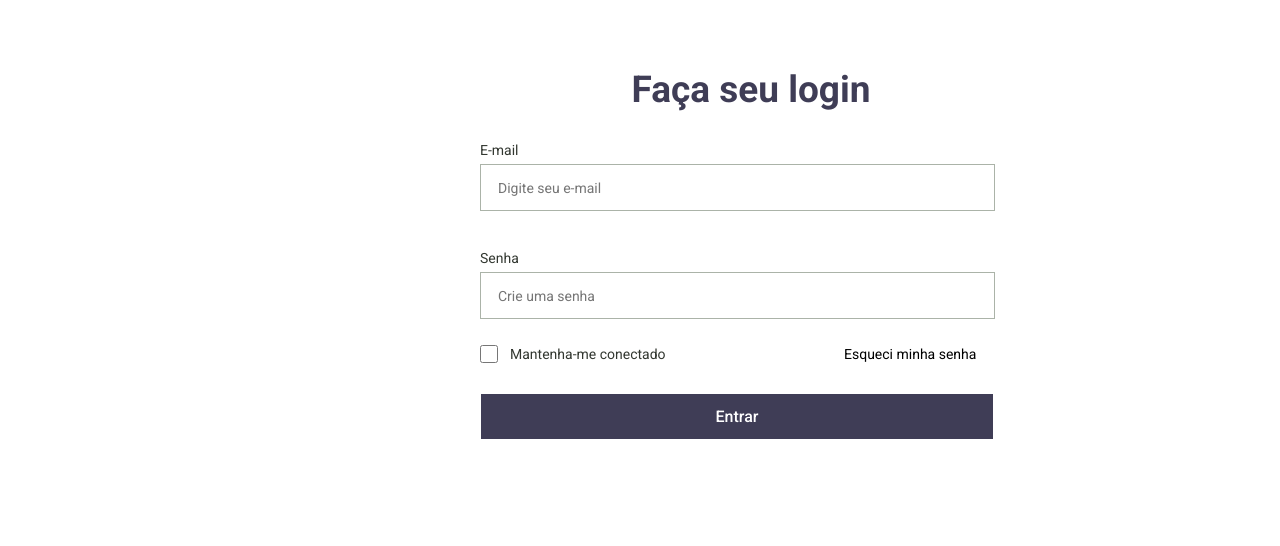
Repository: RenatoCCS/formularios
Page: login.html
An editor plug-in stored every save of this project. The page is shown before and after the next save, followed by the edit.
The browser window is 1280 px wide. The pictures show the whole page.

Above is the page before, as saved 2023-03-27 15:15:20.

### login.html
<!DOCTYPE html>
<html lang="pt-br">
  <head>
    <meta charset="UTF-8" />
    <meta http-equiv="X-UA-Compatible" content="IE=edge" />
    <meta name="viewport" content="width=device-width, initial-scale=1.0" />
    <link rel="stylesheet" href="style.css" />
    <title>Faça seu login</title>
  </head>
  <body class="container">
    <form action="" class="form__Login">
      <div></div>
      <h1 class="form__Login__Titulo">Faça seu login</h1>
    </div>

    <div class="email__Login">
      <label class="email__Login__Titulo" for="email">E-mail</label>
      <br />
      <input
      class="email__Login__Campo"
        id="email"
        type="email"
        name="email"
        placeholder="Digite seu e-mail"
      />
    </div>
      <br /><br />

      <div class="senha__Login">
      <label class="senha__Login__Titulo"  for="password">Senha</label>
      <br />
      <input
      class="senha__Login__Campo"
        id="password"
        type="password"
        name="senha"
        placeholder="Crie uma senha"/>
    </div>
      <br /><br />

      <div class="conectado__Login">
      <input class="conectado__Login__Botao" type="checkbox" name="manter__conectado" id="conected" />
      <label class="conectado__Login__Texto" for="conected">Mantenha-me conectado</label>


      <label class="conectado__Login__Senha" for="conected">Esqueci minha senha</label><br /><br />
    </div>

    <div class="botao__Login">
      <button class="botao__Entrar__Login" type="submit">Entrar</button>
    </div>
      <br /><br />

      <div class="semConta__Login">
      <p class="semConta__Login____Frase">Ainda não tem uma conta? Cadastre-se</p>
    </div>

    </form>
  </body>
</html>

### style.css
@import url('https://fonts.googleapis.com/css2?family= Roboto :wght@400;500;700 & display=swap');

* {
  margin: 0;
  padding: 0;
}

:root {
  --primeira-cor: #3f3d56;
  --segunda-cor: #323730;
  --terceira-cor: #abb3a8;
  --quarta-cor: #ffffff;
  --quinta-cor: #3f3f40;
  --sexta-cor: #da2a41;

  --fonte-primaria: 'Roboto', sans-serif;
}

.container {
  display: flex;
  justify-content: center;
}

.form__Cadastro__Titulo {
  position: absolute;
  width: 302px;
  height: 43px;
  left: 569px;
  top: 68px;
  color: var(--primeira-cor);
  font-family: var(--fonte-primaria);
  font-style: normal;
  font-weight: 700;
  font-size: 17px; /*o indicado é 37px, mas se manter quebra a linha*/
  line-height: 43px;
  text-align: center;
}

.nome__Cadastro {
  position: absolute;
  width: 396px;
  height: 69px;
  top: 139px;
  left: 522px;
}

.nome__Cadastro__Nomecompleto {
  position: absolute;
  width: 100px;
  height: 24px;
  top: -6px;
  left: 0px;
  color: var(--segunda-cor);
  font-family: var(--fonte-primaria);
  font-style: normal;
  font-weight: 400;
  font-size: 14px;
  line-height: 24px;
}

.nome__Cadastro__Campo {
  position: absolute;
  width: 163px;
  height: 24px;
  top: 34px;
  left: 14px;
  color: var(--terceira-cor);
  font-family: var(--fonte-primaria);
  font-style: normal;
  font-weight: 400;
  font-size: 14px;
  line-height: 24px;
  padding: 12px 219px 11px 14px;
}

.nome__Cadastro__Campo {
  box-sizing: border-box;
  border: 1px solid;
  position: absolute;
  width: 396px;
  height: 47px;
  top: 22px;
  left: 0%;
  right: 0%;
  top: 31.88%;
  bottom: 0%;
  color: var(--terceira-cor);
  background-color: var(--quarta-cor);
}

.data__Cadastro {
  position: absolute;
  width: 170px;
  height: 74px;
  left: 522px;
  top: 232px;
}

.data__Cadastro__Nascimento {
  position: absolute;
  width: 127px;
  height: 18px;
  top: -2px;
  left: 0px;
  color: var(--quinta-cor);
  font-family: var(--fonte-primaria);
  font-style: normal;
  font-weight: 400;
  font-size: 14px;
  line-height: 24px;
  display: flex;
  align-items: center;
}

.data__Cadastro__Calendario {
  position: absolute;
  width: 83px;
  height: 24px;
  top: 12px;
  left: 14px;
  color: var(--terceira-cor);
  font-family: var(--fonte-primaria);
  font-style: normal;
  font-weight: 400;
  font-size: 14px;
  line-height: 24px;
  display: flex;
  align-items: center;
  padding: 12px 0px 11px 14px;
}

.data__Cadastro__Calendario {
  box-sizing: border-box;
  border: 1px solid;
  position: absolute;
  width: 170px;
  height: 47px;
  top: 22px;
  left: 0%;
  right: 0%;
  top: 31.88%;
  bottom: 0%;
  color: var(--terceira-cor);
  background-color: var(--quarta-cor);
}

.pais__Cadastro {
  position: absolute;
  width: 208px;
  height: 69px;
  top: 230px;
  left: 710px;
}

.pais__Cadastro__Pais {
  position: absolute;
  width: 34px;
  height: 15px;
  top: -2px;
  left: 0px;
  color: var(--segunda-cor);
  font-family: var(--fonte-primaria);
  font-style: normal;
  font-weight: 400;
  font-size: 14px;
  line-height: 24px;
}

.pais__Cadastro__Vermelho {
  position: absolute;
  width: 34px;
  height: 15px;
  top: -2px;
  left: 30px;
  color: var(--sexta-cor);
  font-family: var(--fonte-primaria);
  font-style: normal;
  font-weight: 400;
  font-size: 14px;
  line-height: 24px;
}

.pais__Cadastro__Campo {
  position: absolute;
  width: 66px;
  height: 24px;
  top: 34px;
  left: 14px;
  color: var(--terceira-cor);
  font-family: var(--fonte-primaria);
  font-style: normal;
  font-weight: 400;
  font-size: 14px;
  line-height: 24px;
  padding: 12px 11px 14px;
}

.pais__Cadastro__Campo {
  box-sizing: border-box;
  border: 1px solid;
  position: absolute;
  width: 208px;
  height: 47px;
  top: 24px;
  left: 0%;
  right: 0%;
  top: 31, 88%;
  bottom: 0%;
  color: var(--terceira-cor);
  background-color: var(--quarta-cor);
}

.pais__Cadastro__Campo option {
  position: absolute;
  color: var(--segunda-cor);
  font-family: var(--fonte-primaria);
  font-style: normal;
  font-weight: 400;
  font-size: 14px;
  line-height: 16px;
}

.pais__Cadastro__Seta {
  position: absolute;
  width: 12px;
  height: 6px;
  top: 45px;
  left: 193px;
}

.genero__Cadastro {
  position: absolute;
  width: 386px;
  height: 50px;
  top: 328px;
  left: 522px;
}

.genero__Cadastro__Titulo {
  position: absolute;
  width: 49px;
  height: 24px;
  top: -2px;
  left: 0px;
  color: var(--segunda-cor);
  font-family: var(--fonte-primaria);
  font-style: normal;
  font-weight: 400;
  font-size: 14px;
  line-height: 24px;
}

.genero__Cadastro__Botao1 {
  position: absolute;
  box-sizing: border-box;
  width: 18px;
  height: 18px;
  top: 32px;
  left: 0px;
}

.genero__Cadastro__Feminino {
  position: absolute;
  width: 58px;
  height: 16px;
  top: 32px;
  left: 24px;
  color: var(--segunda-cor);
  font-family: var(--fonte-primaria);
  font-style: normal;
  font-weight: 400;
  font-size: 14px;
  line-height: 16px;
}

.genero__Cadastro__Botao2 {
  position: absolute;
  box-sizing: border-box;
  width: 18px;
  height: 18px;
  top: 32px;
  left: 137px;
}

.genero__Cadastro__Masculino {
  position: absolute;
  width: 65px;
  height: 16px;
  top: 32px;
  left: 161px;
  color: var(--segunda-cor);
  font-family: var(--fonte-primaria);
  font-style: normal;
  font-weight: 400;
  font-size: 14px;
  line-height: 16px;
}

.genero__Cadastro__Botao3 {
  position: absolute;
  box-sizing: border-box;
  width: 18px;
  height: 18px;
  top: 32px;
  left: 282px;
}

.genero__Cadastro__Naodeclarar {
  position: absolute;
  width: 81px;
  height: 16px;
  top: 32px;
  left: 306px;
  color: var(--segunda-cor);
  font-family: var(--fonte-primaria);
  font-style: normal;
  font-weight: 400;
  font-size: 14px;
  line-height: 16px;
}

.email__Cadastro {
  position: absolute;
  width: 396px;
  height: 69px;
  top: 406px;
  left: 522px;
}

.email__Cadastro__Titulo {
  position: absolute;
  width: 40px;
  height: 24px;
  top: -4px;
  left: 0px;
  color: var(--segunda-cor);
  font-family: var(--fonte-primaria);
  font-style: normal;
  font-weight: 400;
  font-size: 14px;
  line-height: 24px;
}

.email__Cadastro__Campo {
  position: absolute;
  width: 104px;
  height: 24px;
  top: 34px;
  left: 14px;
  color: var(--terceira-cor);
  font-family: var(--fonte-primaria);
  font-style: normal;
  font-weight: 400;
  font-size: 14px;
  line-height: 24px;
  padding: 12px 270px 11px 14px;
}

.email__Cadastro__Campo {
  box-sizing: border-box;
  border: 1px solid;
  position: absolute;
  width: 396px;
  height: 47px;
  top: 22px;
  left: 0%;
  right: 0%;
  top: 31.88%;
  bottom: 0%;
  color: var(--terceira-cor);
  background-color: var(--quarta-cor);
}

.senha__Cadastro {
  position: absolute;
  width: 396px;
  height: 75px;
  top: 497px;
  left: 522px;
}

.senha__Cadastro__Titulo {
  position: absolute;
  width: 39px;
  height: 24px;
  top: -4px;
  left: 0px;
  color: var(--segunda-cor);
  font-family: var(--fonte-primaria);
  font-style: normal;
  font-weight: 400;
  font-size: 14px;
  line-height: 24px;
}

.senha__Cadastro__Campo {
  position: absolute;
  width: 97px;
  height: 24px;
  top: 34px;
  left: 14px;
  color: var(--terceira-cor);
  font-family: var(--fonte-primaria);
  font-style: normal;
  font-weight: 400;
  font-size: 14px;
  line-height: 24px;
  padding: 12px 278px 11px 14px;
}

.senha__Cadastro__Campo {
  box-sizing: border-box;
  border: 1px solid;
  position: absolute;
  width: 396px;
  height: 47px;
  top: 22px;
  left: 0%;
  right: 0%;
  top: 31.88%;
  bottom: 0%;
  color: var(--terceira-cor);
  background-color: var(--quarta-cor);
}

.confirma__Cadastro {
  position: absolute;
  width: 396px;
  height: 75px;
  top: 594px;
  left: 522px;
}

.confirma__Cadastro__Titulo {
  position: absolute;
  width: 126px;
  height: 24px;
  top: -4px;
  left: 0px;
  color: var(--segunda-cor);
  font-family: var(--fonte-primaria);
  font-style: normal;
  font-weight: 400;
  font-size: 14px;
  line-height: 24px;
}

.confirma__Cadastro__Campo {
  position: absolute;
  width: 104px;
  height: 24px;
  top: 34px;
  left: 14px;
  color: var(--terceira-cor);
  font-family: var(--fonte-primaria);
  font-style: normal;
  font-weight: 400;
  font-size: 14px;
  line-height: 24px;
  padding: 12px 276px 11px 14px;
}

.confirma__Cadastro__Campo {
  box-sizing: border-box;
  border: 1px solid;
  position: absolute;
  width: 396px;
  height: 47px;
  top: 22px;
  left: 0%;
  right: 0%;
  top: 31.88%;
  bottom: 0%;
  color: var(--terceira-cor);
  background-color: var(--quarta-cor);
}

.termo__Cadastro {
  position: absolute;
  width: 396px;
  height: 34px;
  top: 697px;
  left: 522px;
}

.termo__Cadastro__Botao {
  position: absolute;
  width: 18px;
  height: 18px;
  top: 0px;
  left: 0px;
  color: var(--segunda-cor);
  font-family: var(--fonte-primaria);
  font-style: normal;
  font-weight: 400;
  font-size: 14px;
  line-height: 24px;
}

.termo__Cadastro__Texto {
  position: absolute;
  width: 368px;
  height: 34px;
  top: -3px;
  left: 30px;
  color: var(--segunda-cor);
  font-family: var(--fonte-primaria);
  font-style: normal;
  font-weight: 400;
  font-size: 14px;
  line-height: 130%;
}

.botao__Cadastro {
  position: absolute;
  width: 396px;
  height: 47px;
  top: 759px;
  left: 522px;
}

.botao__Cadastro__Cadastrar {
  box-sizing: border-box;
  border: 1px solid;
  border-radius: 5px;
  position: absolute;
  width: 396px;
  height: 47px;
  top: 0px;
  background-color: var(--primeira-cor);
}

.botao__Cadastro__Cadastrar {
  color: var(--quarta-cor);
  font-family: var(--fonte-primaria);
  font-style: normal;
  font-weight: 500;
  font-size: 16px;
  line-height: 19px;
  text-align: center;
}

.pergunta__Cadastro {
  position: absolute;
  width: 300px;
  height: 16px;
  top: 834px;
  left: 572px;
  color: var(--segunda-cor);
  font-family: var(--fonte-primaria);
  font-style: normal;
  font-weight: 400;
  font-size: 14px;
  line-height: 16px;
}

/*Inicio da parte Login*/

.form__Login__Titulo {
  position: absolute;
  width: 300px; /*O indicado era 240*/
  height: 43px;
  top: 68px;
  left: 601px;
  color: var(--primeira-cor);
  font-family: var(--fonte-primaria);
  font-style: normal;
  font-weight: 700;
  font-size: 37px;
  line-height: 43px;
  text-align: center;
}

.email__Login {
  position: absolute;
  width: 515px;
  height: 69px;
  top: 142px;
  left: 480px;
}

.email__Login__Titulo {
  position: absolute;
  width: 478px;
  height: 16px;
  top: 0px;
  left: 0px;
  color: var(--segunda-cor);
  font-family: var(--fonte-primaria);
  font-style: normal;
  font-weight: 400;
  font-size: 14px;
  line-height: 16px;
}

.email__Login__Campo {
  position: absolute;
  width: 104px;
  height: 16px;
  top: 38px;
  left: 17px;
  color: var(--terceira-cor);
  font-family: var(--fonte-primaria);
  font-style: normal;
  font-weight: 400;
  font-size: 14px;
  line-height: 16px;
  padding: 16px 390px 15px 17px;
}

.email__Login__Campo {
  box-sizing: border-box;
  border: 1px solid;
  position: absolute;
  width: 515px;
  height: 47px;
  top: 22px;
  left: 0%;
  right: 0%;
  top: 31.88%;
  bottom: 0%;
  color: var(--terceira-cor);
  background-color: var(--quarta-cor);
}

.senha__Login {
  position: absolute;
  width: 515px;
  height: 69px;
  top: 250px;
  left: 480px;
}

.senha__Login__Titulo {
  position: absolute;
  width: 39px;
  height: 16px;
  top: 0px;
  left: 0px;
  color: var(--segunda-cor);
  font-family: var(--fonte-primaria);
  font-style: normal;
  font-weight: 400;
  font-size: 14px;
  line-height: 16px;
}

.senha__Login__Campo {
  position: absolute;
  width: 97px;
  height: 16px;
  top: 288px;
  left: 480px;
  color: var(--terceira-cor);
  font-family: var(--fonte-primaria);
  font-style: normal;
  font-weight: 400;
  font-size: 14px;
  line-height: 16px;
  padding: 16px 390px 15px 17px;
}

.senha__Login__Campo {
  box-sizing: border-box;
  border: 1px solid;
  position: absolute;
  width: 515px;
  height: 47px;
  top: 22px;
  left: 0%;
  right: 0%;
  top: 31.88%;
  bottom: 0%;
  color: var(--terceira-cor);
  background-color: var(--quarta-cor);
}

.conectado__Login__Botao {
  position: absolute;
  width: 18px;
  height: 18px;
  top: 345px;
  left: 480px;
}

.conectado__Login__Texto {
  position: absolute;
  width: 165px;
  height: 16px;
  top: 346px;
  left: 510px;
  color: var(--segunda-cor);
  font-family: var(--fonte-primaria);
  font-style: normal;
  font-weight: 400;
  font-size: 14px;
  line-height: 16px;
}

.conectado__Login__Senha {
  position: absolute;
  width: 150px;
  height: 16px;
  top: 346px;
  left: 844px;
  color: var();
  font-family: var(--fonte-primaria);
  font-style: normal;
  font-weight: 400;
  font-size: 14px;
  line-height: 16px;
}

.botao__Login {
  position: absolute;
  width: 514px;
  height: 47px;
  top: 393px;
  left: 480px;
}

.botao__Entrar__Login {
  position: absolute;
  width: 43px;
  height: 19px;
  top: 14px;
  left: 236px;
  color: var(--quarta-cor);
  font-family: var(--fonte-primaria);
  font-style: normal;
  font-weight: 500;
  font-size: 16px;
  line-height: 19px;
}

.botao__Entrar__Login {
  box-sizing: border-box;
  border: 1px solid;
  position: absolute;
  width: 514px;
  height: 47px;
  top: 22px;
  left: 0%;
  right: 0%;
  top: 0%;
  bottom: 0%;
  color: var(--quarta-cor);
  background-color: var(--primeira-cor);
}

.semConta__Login____Frase {
  position: absolute;
  width: 249px;
  height: 16px;
  top: 472px;
  left: 596px;
  color: var(--quarta-cor);
  font-family: var(--fonte-primaria);
  font-style: normal;
  font-weight: 500;
  font-size: 16px;
  line-height: 19px;
}

After the next save:
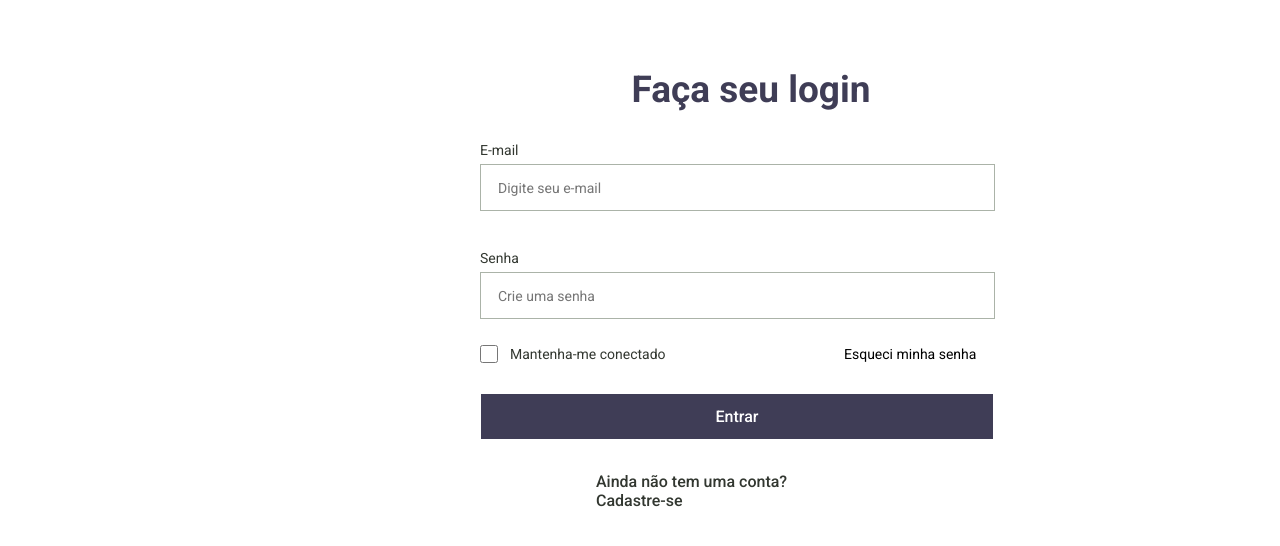
Saved 25 s later.
--- a/style.css
+++ b/style.css
@@ -754,7 +754,7 @@
   height: 16px;
   top: 472px;
   left: 596px;
-  color: var(--quarta-cor);
+  color: var(--segunda-cor);
   font-family: var(--fonte-primaria);
   font-style: normal;
   font-weight: 500;
